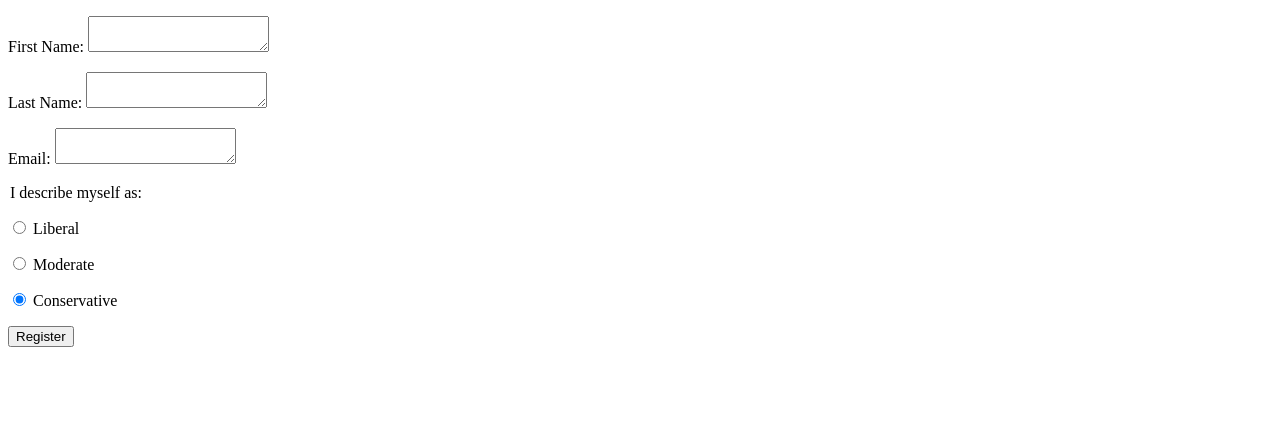
Repository: qtran3/itec4550
Page: MashleverWebpages/Profile.html
These files come from the project's save history. The page is drawn as it stood at one moment and after the next save; the edit follows.
The browser window is 1280 px wide. The pictures show the whole page.

Above is the page before, as saved 2016-05-31 16:27:25.

### MashleverWebpages/Profile.html
<!DOCTYPE HTML PUBLIC "-//W3C//DTD HTML 4.01 Transitional//EN"
"http://www.w3.org/TR/html4/loose.dtd">
<html xmlns="http://www.w3.org/1999/xhtml">
	<head>
		<meta http-equiv="Content-Type" content="text/html; charset=utf-8" />
		<title>My profile</title>
	</head>
	<body>
		<p>
			<label>First Name: </label> <textarea id="firstNameField"></textarea>
		</p>
		<p>
			<label>Last Name: </label> <textarea id="lastNameField"></textarea>
		</p>
		<p>
			<label>Email: </label> <textarea id="emailField"></textarea>
		</p>
		<p>
			<legend>I describe myself as: </legend>
			<p>
				<input type="radio" name="radio-choice" id="optLiberal" value="choice-1" checked="checked" />
	     		<label for="radio-choice-1">Liberal</label>
     		</p>
     		<p>
				<input type="radio" name="radio-choice" id="optModerate" value="choice-2" checked="checked" />
	     		<label for="radio-choice-2">Moderate</label>
			</p>
			<p>
				<input type="radio" name="radio-choice" id="optConservative" value="choice-3" checked="checked" />
     			<label for="radio-choice-3">Conservative</label>
     		</p>
     		<button id="regButton">Register</button>
		</p>

	</body>
</html>

After the next save:
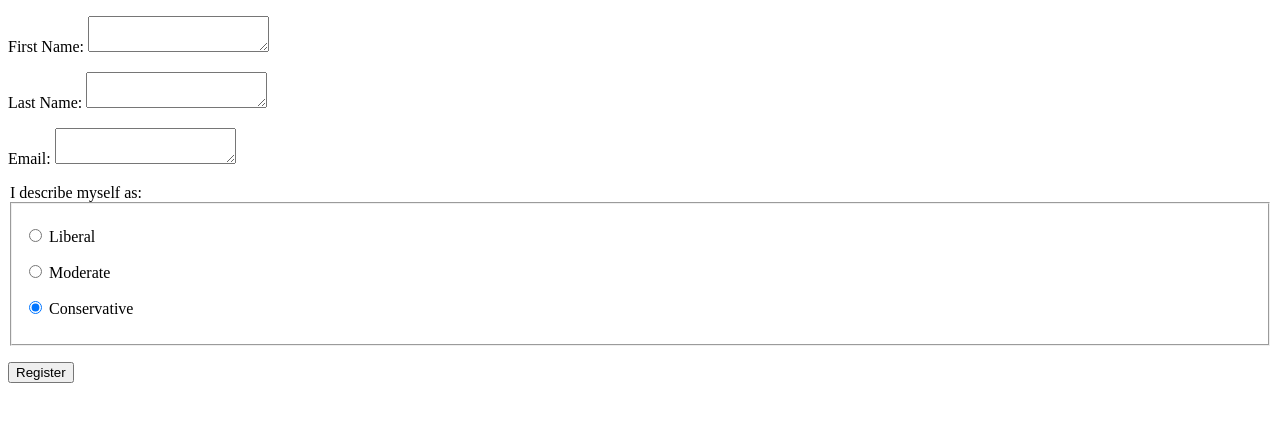
Saved 4 min 1 s later.
--- a/MashleverWebpages/Profile.html
+++ b/MashleverWebpages/Profile.html
@@ -14,9 +14,10 @@
 		</p>
 		<p>
 			<label>Email: </label> <textarea id="emailField"></textarea>
+
 		</p>
-		<p>
-			<legend>I describe myself as: </legend>
+		<legend>I describe myself as: </legend>
+		<fieldset data-role="Role">
 			<p>
 				<input type="radio" name="radio-choice" id="optLiberal" value="choice-1" checked="checked" />
 	     		<label for="radio-choice-1">Liberal</label>
@@ -28,8 +29,9 @@
 			<p>
 				<input type="radio" name="radio-choice" id="optConservative" value="choice-3" checked="checked" />
      			<label for="radio-choice-3">Conservative</label>
-     		</p>
-     		<button id="regButton">Register</button>
+		</fieldset>
+		</p>
+	    	<button id="regButton">Register</button>
 		</p>
 
 	</body>
